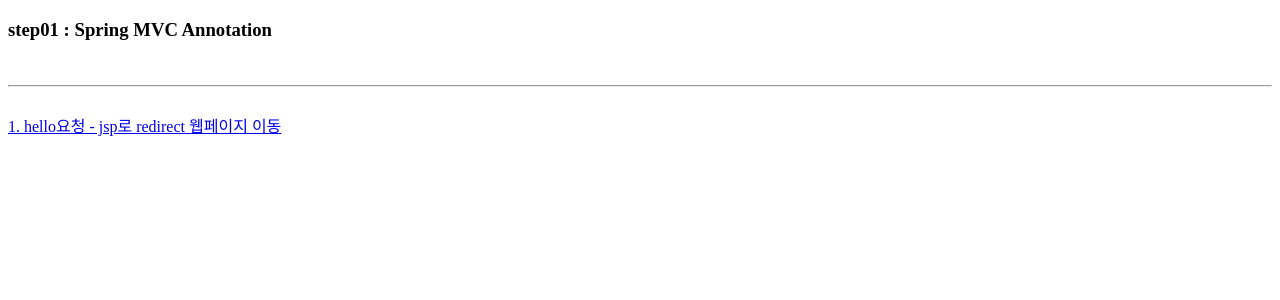
Repository: Encore-Playdata-Course/Spring
Page: step09_SpringMVC/WebContent/step01.html
An editor plug-in stored every save of this project. The page is shown before and after the next save, followed by the edit.
The browser window is 1280 px wide. The pictures show the whole page.

Above is the page before, as saved 2021-01-29 02:38:18.

After the next save:
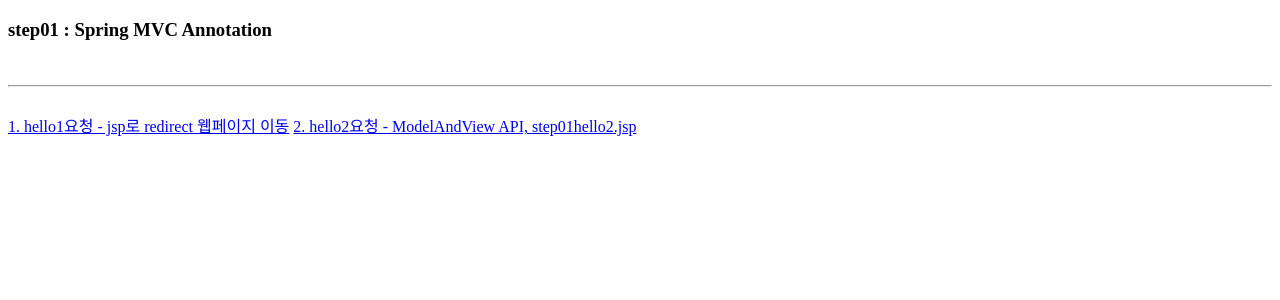
Saved 38 s later.
--- a/step09_SpringMVC/WebContent/step01.html
+++ b/step09_SpringMVC/WebContent/step01.html
@@ -10,6 +10,7 @@
 
 	<br><hr><br>
 
-	<a href="hello1">1. hello요청 - jsp로 redirect 웹페이지 이동</a>
+	<a href="hello1">1. hello1요청 - jsp로 redirect 웹페이지 이동</a>
+	<a href="hello2">2. hello2요청 - ModelAndView API, step01hello2.jsp</a>
 </body>
 </html>
